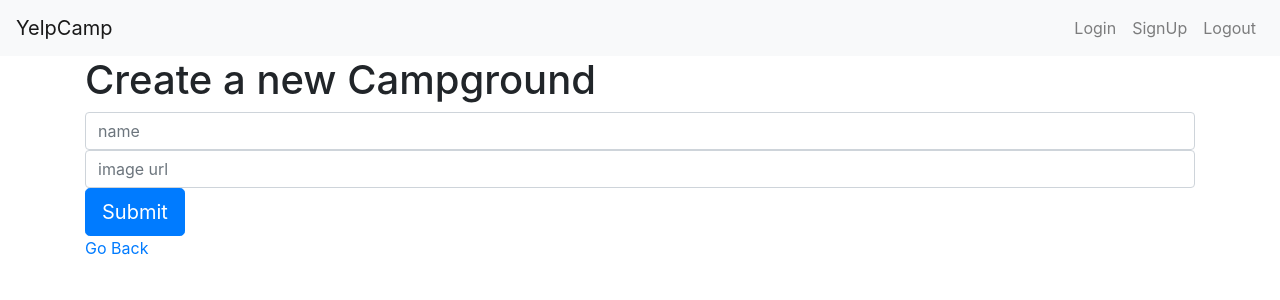
Repository: ninad1999/Yelp-Camp
Page: http://localhost/campgrounds/new
The author's editor kept a record of every edit. The page is drawn from the files as they stood at one moment, then again after the next edit.
The browser window is 1280 px wide. The pictures show the whole page.
The page is served by the project's Node server (V1/app.js).

Above is the page before.

### workspace/V1/views/new.ejs
<% include partials/header %>

<div class="container">
    <!--<div class="row">-->
        <h1>Create a new Campground</h1>
        <div>
            <form action="/campgrounds" method="POST">
                <input class="form-control" type="text" name="name" placeholder="name">
                <input class="form-control" type="text" name="image" placeholder="image url">
                <button class="btn btn-lg btn-primary">Submit</button>
            </form>
        </div>

        <a href="/campgrounds">Go Back</a>
    <!--</div>-->
</div>

<% include partials/footer %>

### workspace/V1/views/partials/header.ejs
<!DOCTYPE html>
<html>
    <head>
        <title>YelpCamp</title>
        <link rel="stylesheet" href="https://stackpath.bootstrapcdn.com/bootstrap/4.1.3/css/bootstrap.min.css">
    </head>
    <body>
        <nav class="navbar navbar-expand-lg navbar-light bg-light">
          <a class="navbar-brand" href="\">YelpCamp</a>
          <button class="navbar-toggler" type="button" data-toggle="collapse" data-target="#navbarSupportedContent" aria-controls="navbarSupportedContent" aria-expanded="false" aria-label="Toggle navigation">
            <span class="navbar-toggler-icon"></span>
          </button>

          <div class="collapse navbar-collapse" id="navbarSupportedContent">
            <ul class="navbar-nav mr-auto">
            </ul>
            <ul class="navbar-nav navbar-right">
                <li class="nav-item">
                    <a class="nav-link" href="#">Login</a>
                </li>
                <li class="nav-item">
                    <a class="nav-link" href="#">SignUp</a>
                </li>
                <li class="nav-item">
                    <a class="nav-link" href="#">Logout</a>
                </li>
            </ul>
          </div>
        </nav>

### workspace/V1/app.js
var express = require("express");
var app = express();
var bodyParser = require("body-parser");

app.use(bodyParser.urlencoded({extended: true}));
app.set("view engine", "ejs");

var campgrounds = [
   {name: "Salmon Creek", image: "https://farm8.staticflickr.com/7564/16034358725_fe2dde7f2e.jpg"},
   {name: "Granite Hill", image: "https://farm4.staticflickr.com/3146/2980811752_4b0df9d215.jpg"},
   {name: "Mountain Goat's Rest", image: "https://farm4.staticflickr.com/3832/9603531635_e348167e39.jpg"},
   {name: "Salmon Creek", image: "https://farm8.staticflickr.com/7564/16034358725_fe2dde7f2e.jpg"},
   {name: "Granite Hill", image: "https://farm4.staticflickr.com/3146/2980811752_4b0df9d215.jpg"},
   {name: "Mountain Goat's Rest", image: "https://farm4.staticflickr.com/3832/9603531635_e348167e39.jpg"},
   {name: "Salmon Creek", image: "https://farm8.staticflickr.com/7564/16034358725_fe2dde7f2e.jpg"},
   {name: "Granite Hill", image: "https://farm4.staticflickr.com/3146/2980811752_4b0df9d215.jpg"},
   {name: "Mountain Goat's Rest", image: "https://farm4.staticflickr.com/3832/9603531635_e348167e39.jpg"}
   ];

app.get("/", function(req, res) {
   res.render("landing");
});

// to diplay all the campgrounds
app.get("/campgrounds", function(req, res) {
    res.render("campgrounds", {campgrounds: campgrounds});
});

// post route where you can create a new campgrounds
app.post("/campgrounds", function(req, res) {
   var name = req.body.name;
   var image = req.body.image;
   var newCampground = {name:name, image:image};
   campgrounds.push(newCampground);

   res.redirect("/campgrounds");
});

// this route should show the route that will send the data to the post route
app.get("/campgrounds/new", function(req, res) {
    res.render("new");
});

app.listen(process.env.PORT, process.env.IP, function() {
    console.log("The YelpCamp server has started!");
});

Loaded but not shown: workspace/V1/views/partials/footer.ejs (common file)

After the next edit:
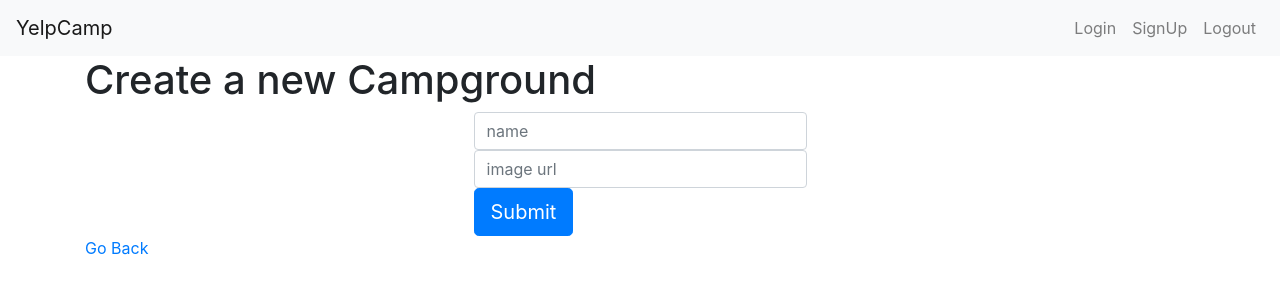
The edit:
--- a/workspace/V1/views/new.ejs
+++ b/workspace/V1/views/new.ejs
@@ -3,7 +3,7 @@
 <div class="container">
     <!--<div class="row">-->
         <h1>Create a new Campground</h1>
-        <div>
+        <div style="width: 30%; margin: 0 auto">
             <form action="/campgrounds" method="POST">
                 <input class="form-control" type="text" name="name" placeholder="name">
                 <input class="form-control" type="text" name="image" placeholder="image url">
